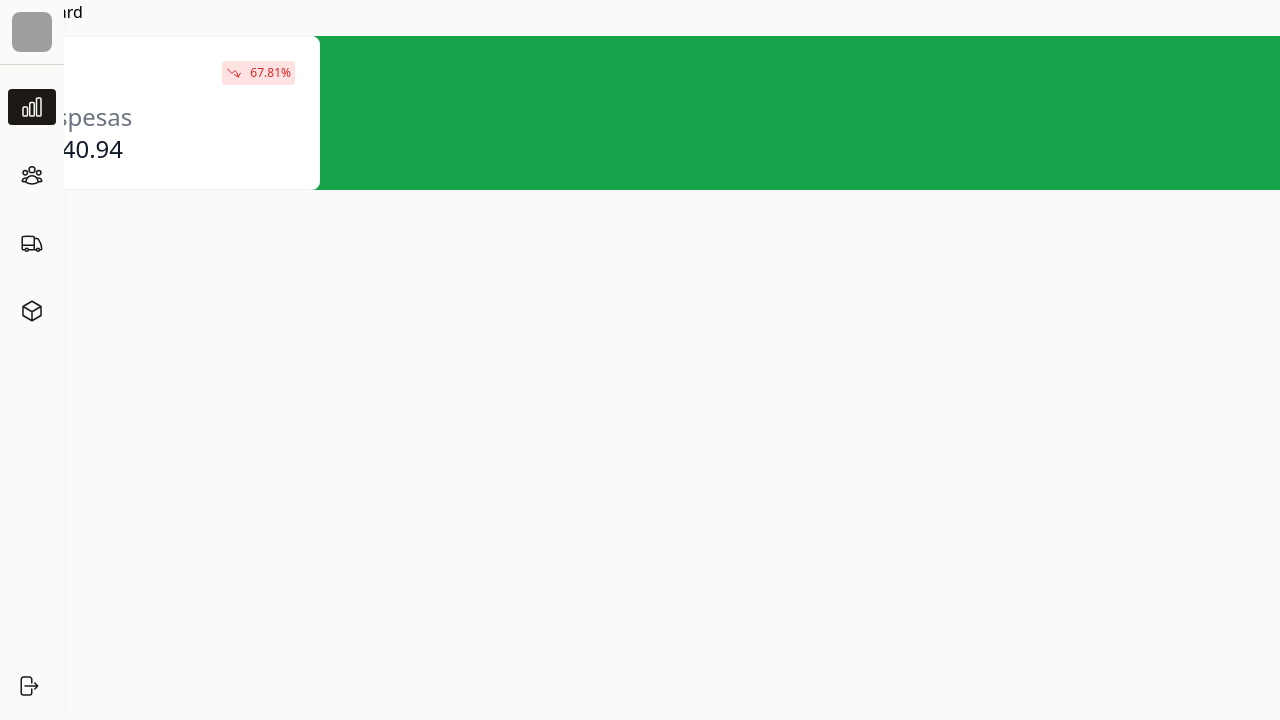
Repository: XavierOtavio/Cuzinhas
Page: /dashboard
The author's editor kept a copy of each file at every save. The page is drawn from the files as they stood at one save, then again after the next save.
The browser window is 1280 px wide. The pictures show the whole page.
Pictures or frames that could not be fetched are drawn as grey boxes. The project was rebuilt for these pictures with package versions that can differ from the ones it lists, and the page was loaded fresh each time. Also part of the build but not shown: src/components/Orders.js, src/components/Employees.js, src/components/Login.js, src/components/Register.js, src/components/Home.js, src/components/Logotipo.js, src/components/Header.js, src/components/Footer.js and 1 more.

Above is the page before, as saved 2023-03-08 18:30:56.

### src/App.js
import { Route, Routes } from "react-router-dom";
import LayoutBackend from "./components/LayoutBackend";
import Dashboard from "./components/Dashboard";
import Orders from "./components/Orders";
import Employees from "./components/Employees";
import Login from "./components/Login";
import Register from "./components/Register";
import Home from "./components/Home";
import LayoutFront from "./components/LayoutFront";

function App() {
  return (
    <div className="App">
      <Routes>
        <Route path="/dashboard" element={<LayoutBackend />}>
          <Route path="" element={<Dashboard />} />
          <Route path="orders" element={<Orders />} />
          <Route path="employees" element={<Employees />} />
        </Route>
        <Route path="" element={<LayoutFront />}>
          <Route path="/" element={<Home />} />
        </Route>
        <Route path="/login" element={<Login />} />
        <Route path="/register" element={<Register />} />
      </Routes>
    </div>
  );
}

export default App;

### src/components/LayoutBackend.js
import React from "react";
import SideBar from "./SideBar";
import { Outlet } from "react-router-dom";

export default function LayoutBackend() {
  return (
    <>
      <div className="absolute h-screen w-screen">
        <SideBar />
        <div className="relative flex h-full items-center justify-center bg-stone-50">
          <Outlet />
        </div>
      </div>
    </>
  );
}

### src/components/Dashboard.js
import React from "react";
import {
  ArrowTrendingUpIcon,
  ArrowTrendingDownIcon,
} from "@heroicons/react/24/outline";

export default function Dashboard() {
  return (
    <div className="absolute inset-0 ">
      <h2 classname="w-full">Dashboard</h2>
      <div classname="grid grid-cols-12 grid-rows-6">
        <div className="row-start-2 row-end-3 col-start-6 col-end-9 bg-green-600">
          <button class="flex flex-col gap-4 rounded-lg border border-gray-100 bg-white p-6 w-3/12 my-3">
            <div class="inline-flex gap-2 self-end rounded bg-red-100 p-1 text-red-600">
              <ArrowTrendingDownIcon className="h-4 w-4" />

              <span class="text-xs font-medium"> 67.81% </span>
            </div>

            <div>
              <strong class="block text-left text-2xl font-medium text-gray-500">
                Despesas
              </strong>

              <p>
                <span class="text-2xl font-medium text-gray-900">
                  {" "}
                  $240.94{" "}
                </span>
              </p>
            </div>
          </button>
        </div>
      </div>
    </div>
  );
}

### src/components/SideBar.js
import React from "react";
import { Link, useLocation } from "react-router-dom";
import {
  ArrowRightOnRectangleIcon,
  ChartBarIcon,
  CubeIcon,
  TruckIcon,
  UserGroupIcon,
} from "@heroicons/react/24/outline";

export default function SideBar() {
  const location = useLocation();
  return (
    <div className="absolute inset-y-0 left-0 z-10 w-16 shadow-sm bg-stone-50">
      <div>
        <div className="inline-flex h-16 w-16 items-center justify-center">
          <Link
            to="/profile"
            className="group relative flex justify-center rounded"
          >
            <img
              alt="user"
              className="rounded-lg h-10 w-10"
              src="https://cdn.discordapp.com/attachments/1082425024104894666/1082799435727253584/xSVMV6xD9Cf7K56wjeEF--1--2htnr.jpg"
            />
            <span className="absolute left-full text-left whitespace-nowrap top-1/2 ml-4 -translate-y-1/2 rounded bg-stone-900 px-2 py-1.5 text-xs font-medium text-stone-50 opacity-0 group-hover:opacity-100">
              Perfil <p className="font-light">Xavier Otávio</p>
            </span>
          </Link>
        </div>
        <div className="border-t border-stone-300">
          <nav aria-label="Main" className="flex flex-col p-2">
            <div className="py-4">
              <Link
                to="/dashboard"
                className={`group relative flex  justify-center rounded  px-2 py-1.5  ${
                  location.pathname === "/dashboard"
                    ? "bg-stone-900 text-stone-50"
                    : "bg-stone-50 text-stone-900"
                }`}
              >
                <ChartBarIcon className="h-6 w-6" />
                <span className="absolute left-full top-1/2 ml-4 -translate-y-1/2 rounded bg-stone-900 px-2 py-1.5 text-xs font-medium text-stone-50 opacity-0 group-hover:opacity-100">
                  Dashboard
                </span>
              </Link>
            </div>
            <div className="py-4">
              <Link
                to="/dashboard/employees"
                className={`group relative flex  justify-center rounded  px-2 py-1.5  ${
                  location.pathname === "/dashboard/employees"
                    ? "bg-stone-900 text-stone-50"
                    : "bg-stone-50 text-stone-900"
                }`}
              >
                <UserGroupIcon className="h-6 w-6" />
                <span className="absolute left-full top-1/2 ml-4 -translate-y-1/2 rounded bg-stone-900 px-2 py-1.5 text-xs font-medium text-stone-50 opacity-0 group-hover:opacity-100">
                  Empregados
                </span>
              </Link>
            </div>
            <div className="py-4">
              <Link
                to="/dashboard/orders"
                className={`group relative flex  justify-center rounded  px-2 py-1.5  ${
                  location.pathname === "/dashboard/orders"
                    ? "bg-stone-900 text-stone-50"
                    : "bg-stone-50 text-stone-900"
                }`}
              >
                <TruckIcon className="h-6 w-6" />
                <span className="absolute left-full top-1/2 ml-4 -translate-y-1/2 rounded bg-stone-900 px-2 py-1.5 text-xs font-medium text-stone-50 opacity-0 group-hover:opacity-100">
                  Encomendas
                </span>
              </Link>
            </div>
            <div className="py-4">
              <Link
                to="/dashboard/stock"
                className={`group relative flex  justify-center rounded  px-2 py-1.5  ${
                  location.pathname === "/dashboard/stock"
                    ? "bg-stone-900 text-stone-50"
                    : "bg-stone-50 text-stone-900"
                }`}
              >
                <CubeIcon className="h-6 w-6" />
                <span className="absolute left-full top-1/2 ml-4 -translate-y-1/2 rounded bg-stone-900 px-2 py-1.5 text-xs font-medium text-stone-50 opacity-0 group-hover:opacity-100">
                  Matérias-primas
                </span>
              </Link>
            </div>
            <div className="py-4 bottom-0 absolute">
              <Link
                to="/"
                className="group relative flex  justify-center rounded bg-stone-50 px-2 py-1.5 text-stone-900"
              >
                <ArrowRightOnRectangleIcon className="h-6 w-6" />
                <span className="absolute left-full top-1/2 ml-4 -translate-y-1/2 rounded bg-stone-900 px-2 py-1.5 text-xs font-medium text-stone-50 opacity-0 group-hover:opacity-100">
                  Sair
                </span>
              </Link>
            </div>
          </nav>
        </div>
      </div>
    </div>
  );
}

Loaded but not shown: public/index.html (common file); src/index.js (common file); src/index.css (common file); src/reportWebVitals.js (common file); tailwind.config.js (common file)

After the next save:
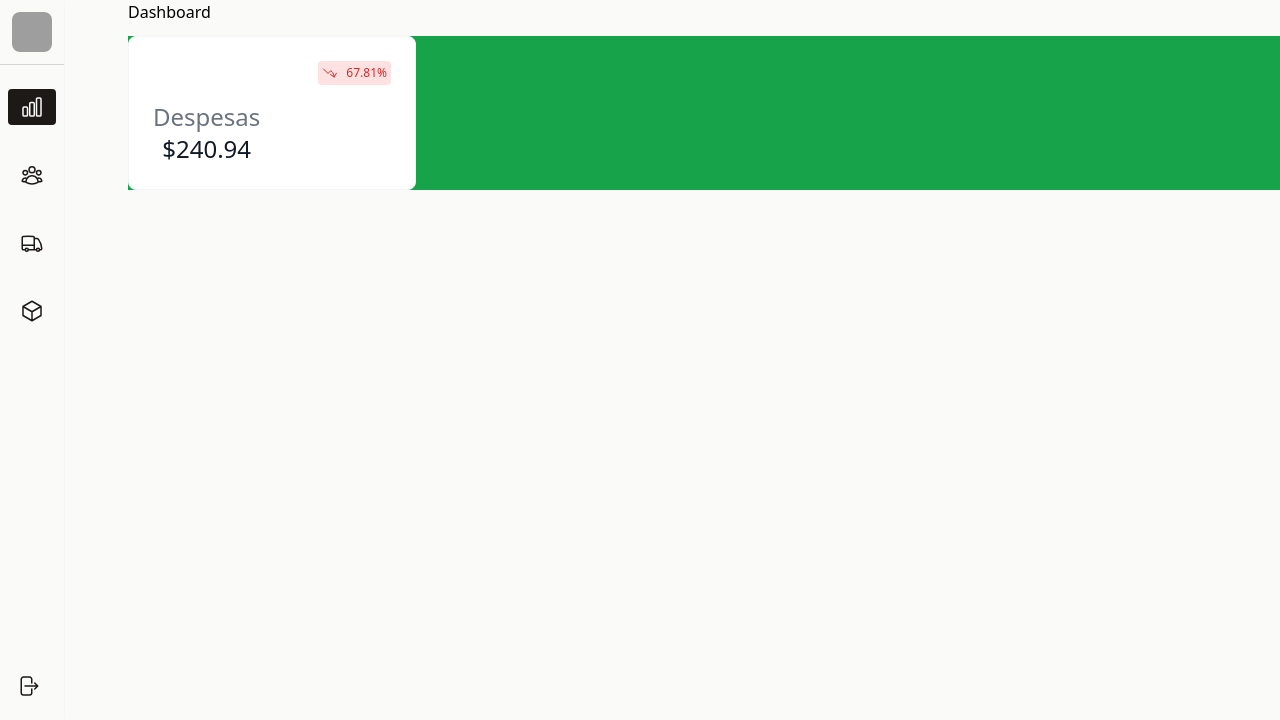
Saved 7 s later.
--- a/src/components/Dashboard.js
+++ b/src/components/Dashboard.js
@@ -6,7 +6,7 @@ import {
 
 export default function Dashboard() {
   return (
-    <div className="absolute inset-0 ">
+    <div className="absolute inset-0 ml-32">
       <h2 classname="w-full">Dashboard</h2>
       <div classname="grid grid-cols-12 grid-rows-6">
         <div className="row-start-2 row-end-3 col-start-6 col-end-9 bg-green-600">
